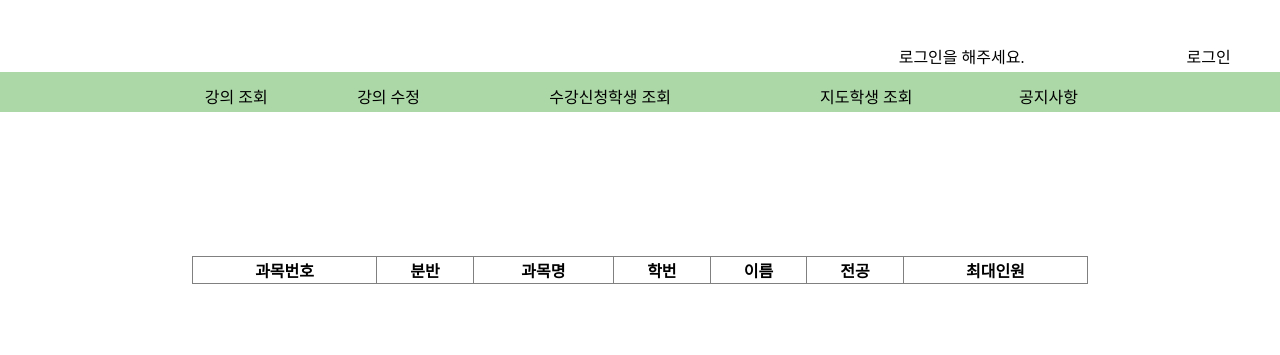
Repository: bokyung124/Enrolment_jsp
Page: http://localhost/lab/student_prof.jsp
These files come from the project's save history. The page is drawn as it stood at one moment and after a run of saves; the edit follows.
The browser window is 1280 px wide. The pictures show the whole page.
Some web fonts or font styles are not loaded; a fallback is used. The page is served by Tomcat 9. Queries for data that is not in the repository find no rows.

Above is the page before, as saved 2023-05-31 16:07:01.
Console error: TypeError: Cannot set properties of null (setting 'innerHTML')

After the next 2 saves:
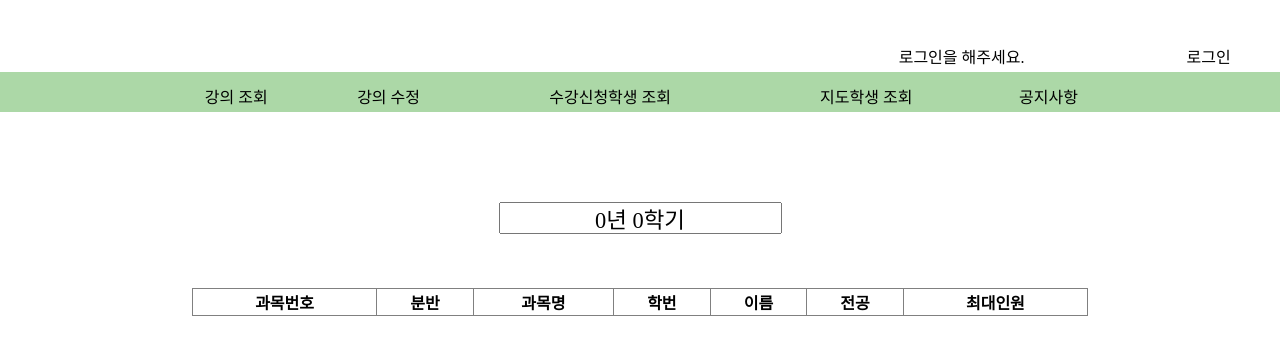
The 2 saves are shown as one change because 1 did not build or start.
The last was saved 2 min 55 s later.
--- a/lab/lab/src/main/webapp/student_prof.jsp
+++ b/lab/lab/src/main/webapp/student_prof.jsp
@@ -70,7 +70,7 @@
 	  <br>
 
 	  <div>
-	    <span id="semesterInfo"></span>
+		<input type="text" id="semesterInfo" value="<%= nYear %>년 <%= nSemester %>학기" readonly></input>
 	  </div>
 
 	  <br>
@@ -109,6 +109,7 @@
 			String sname = rs.getString("s_name");
 			String smajor = rs.getString("s_major");
 			Integer tmax = rs.getInt("t_max");
+			Integer total = rs.getInt("count(*)");
 
 		%>
 
